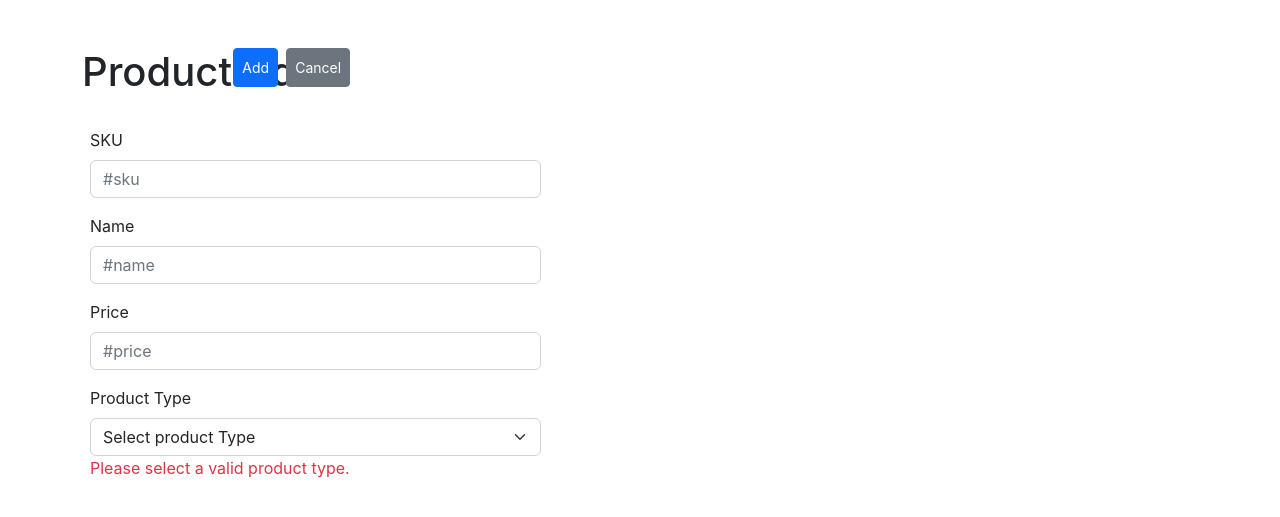
Repository: MagdyAbouelnasr/scandiweb_project
Page: /addproduct
These files come from the project's save history. The page is drawn as it stood at one moment and after the next save; the edit follows.
The browser window is 1280 px wide. The pictures show the whole page.
The project was rebuilt for these pictures with package versions that can differ from the ones it lists, and the page was loaded fresh each time. Also part of the build but not shown: src/App.css, src/components/Product/Product-style.scss, src/components/Product/Product.css, src/components/Pages/ProductList.jsx, src/components/ProductAdd/Book.component.jsx, src/components/ProductAdd/DVD.component.jsx, src/components/ProductAdd/Furniture.component.jsx, src/App.jsx.

Above is the page before, as saved 2023-05-09 01:17:15.

### public/index.html
<!DOCTYPE html>
<html lang="en">
  <head>
    <meta charset="utf-8" />
    <link rel="icon" href="%PUBLIC_URL%/favicon.ico" />
    <meta name="viewport" content="width=device-width, initial-scale=1" />
    <meta name="theme-color" content="#000000" />
    <meta
      name="description"
      content="Web site created using create-react-app"
    />
    <link rel="apple-touch-icon" href="%PUBLIC_URL%/logo192.png" />
    <!--
      manifest.json provides metadata used when your web app is installed on a
      user's mobile device or desktop. See https://developers.google.com/web/fundamentals/web-app-manifest/
    -->
    <link rel="manifest" href="%PUBLIC_URL%/manifest.json" />
    <!--
      Notice the use of %PUBLIC_URL% in the tags above.
      It will be replaced with the URL of the `public` folder during the build.
      Only files inside the `public` folder can be referenced from the HTML.

      Unlike "/favicon.ico" or "favicon.ico", "%PUBLIC_URL%/favicon.ico" will
      work correctly both with client-side routing and a non-root public URL.
      Learn how to configure a non-root public URL by running `npm run build`.
    -->
    <title>React App</title>
    <link
  rel="stylesheet"
  href="https://cdn.jsdelivr.net/npm/bootstrap@5.2.3/dist/css/bootstrap.min.css"
  integrity="sha384-rbsA2VBKQhggwzxH7pPCaAqO46MgnOM80zW1RWuH61DGLwZJEdK2Kadq2F9CUG65"
  crossorigin="anonymous"
/>
  </head>
  <body>
    <noscript>You need to enable JavaScript to run this app.</noscript>
    <div id="root"></div>
    <!--
      This HTML file is a template.
      If you open it directly in the browser, you will see an empty page.

      You can add webfonts, meta tags, or analytics to this file.
      The build step will place the bundled scripts into the <body> tag.

      To begin the development, run `npm start` or `yarn start`.
      To create a production bundle, use `npm run build` or `yarn build`.
    -->
  </body>
</html>

### src/index.js
import React from 'react';
import ReactDOM from 'react-dom/client';
import './index.scss';
import App from './App';
import {
  createBrowserRouter,
  RouterProvider,

} from "react-router-dom";
import ProductAdd from './components/Pages/ProductAdd';


const router = createBrowserRouter([
  {
    path: "/",
    element: <App />,
  },
  {
    path: "addproduct",
    element: <ProductAdd />,
  },
]);

const root = ReactDOM.createRoot(document.getElementById('root'));
root.render(
  <RouterProvider router={router} />
);

### src/index.scss
$background-default: #D5D5D5;


body {
  margin: 0;
  font-family: -apple-system, BlinkMacSystemFont, 'Segoe UI', 'Roboto', 'Oxygen',
    'Ubuntu', 'Cantarell', 'Fira Sans', 'Droid Sans', 'Helvetica Neue',
    sans-serif;
  -webkit-font-smoothing: antialiased;
  -moz-osx-font-smoothing: grayscale;
}

code {
  font-family: source-code-pro, Menlo, Monaco, Consolas, 'Courier New',
    monospace;
}

.fade-in {
  opacity: 0;
  transition: opacity 0.3s ease-in-out;
  &.fade-in-active {
    opacity: 1;
  }
}

### src/components/Pages/ProductAdd.jsx
// import { useNavigate } from 'react-router-dom';
// import { useState } from 'react';
// import Form from 'react-bootstrap/Form';
// import SelectProductType from '../ProductAdd/Selectcmp';
// import Button from 'react-bootstrap/Button';
// import axios from 'axios';

// function ProductAdd() {
//   const navigate = useNavigate();

//   const  [inputs , setInputs] = useState({});

//   const handleChange = (e) => {
//     const name = e.target.name;
//     const value = e.target.value;
//     setInputs(values => ({values, [name]: value}))
//   }
//   const handleSubmit = (e) => {
//     e.preventDefault();
//     axios.post('http://localhost:8000/addproduct', inputs).then((response)=>{
//       console.log(response.data);
//       navigate('/');
//     });

//     // console.log(inputs)
//   }



//   return (
//     <Form id="product_form" onSubmit={handleSubmit}>
//     <div className="container mt-5">
//       <div className="row">
//       <h1 className="page-header text-header col-md-8 text-start ">Product Add</h1>
//       <div className='col-4 float-end'>
//         <Button  type="submit" className='p-2 ms-2' variant="primary" size="sm">
//           Add
//         </Button>
//         <Button onClick={()=> navigate(-1)}  className='p-2 ms-2' variant="secondary" size="sm">
//           Cancel
//         </Button>
//       </div>
//       </div>
//     <br/>
//     <div className="row">

//     <div className="col-md-5 mx-2">
//       <Form.Group className="mb-3 mx-left" id="productInputSKU">
//         <Form.Label>SKU</Form.Label>
//         <Form.Control type="text" name="sku" placeholder="#sku" onChange={handleChange} />
//       </Form.Group>
//       <Form.Group className="mb-3" id="productInputName">
//         <Form.Label>Name</Form.Label>
//         <Form.Control type="text" name="name" placeholder="#name" onChange={handleChange} />
//       </Form.Group>
//       <Form.Group className="mb-3" id="productInputPrice">
//         <Form.Label>Price</Form.Label>
//         <Form.Control type="number" name="price" placeholder="#price" onChange={handleChange} />
//       </Form.Group>
//       <Form.Group className="mb-3" id="ProductType">
//       <Form.Label>Product Type</Form.Label>
//         <SelectProductType/>
//       </Form.Group>
//     </div>
//     </div>
//     </div>
//     </Form>
//   );
// }

// export default ProductAdd;
import { useNavigate } from 'react-router-dom';
import { useState } from 'react';
import Form from 'react-bootstrap/Form';
import SelectProductType from '../ProductAdd/Selectcmp';
import Button from 'react-bootstrap/Button';
import axios from 'axios';

function ProductAdd() {
  const navigate = useNavigate();

  const [inputs, setInputs] = useState({});
  const [errors, setErrors] = useState({});

  const handleChange = (e) => {
    console.log(e.target.value);
    console.log(e.target.name);
    const name = e.target.name;
    const value = e.target.value;

    setInputs((values) => ({ ...values, [name]: value }));
    validate()
    };

    // const handleRecievedData = (e) =>{
    //   const name = e.target.name;
    //   const value = e.target.value;
    //   setInputs((values) => ({ ...values, [name]: value }));
    //   console.log(e.name, e.value);
    // }

  // Form validation function
  const validate = () => {
    let newErrors = {};
    if (!inputs.sku) newErrors.sku = 'SKU is required';
    if (inputs.sku && inputs.sku.length > 9) newErrors.sku = 'SKU must be at most 9 characters';
    if (!inputs.name) newErrors.name = 'Name is required';
    if (inputs.price === undefined || inputs.price === '') newErrors.price = 'Price is required';
    if (inputs.price < 0) newErrors.price = 'Price cannot be negative';
    if (!inputs.product_attribute_value) newErrors.ProductType = 'please select a ProductType and provide a value';
    setErrors(newErrors);
    return Object.keys(newErrors).length === 0;
  };

  const handleSubmit = (e) => {
    e.preventDefault();
    if (validate()) {
      axios.post('http://localhost:8000/addproduct', inputs).then((response) => {
        console.log(response.data);
        navigate('/');
      });
    }
  };

  return (
    <Form id="product_form" onSubmit={handleSubmit}>
      <div className="container  mt-5">
        <div className="row">
          <h1 className="page-header text-header col-md-8 text-start ">Product Add</h1>
          <div className="col-4 float-end position-absolute end-50">
            <Button type="submit" className="p-2 ms-2" variant="primary" size="sm">
              Add
            </Button>
            <Button
              onClick={() => navigate(-1)}
              className="p-2 ms-2"
              variant="secondary"
              size="sm"
            >
              Cancel
            </Button>
          </div>
        </div>
        <br />
        <div className="row">
          <div className="col-md-5 mx-2">
            <Form.Group className="mb-3 mx-left" id="productInputSKU">
              <Form.Label>SKU</Form.Label>
              <Form.Control
                type="text"
                name="sku"
                maxLength="9"
                placeholder="#sku"
                onChange={handleChange}
                required
              />
              {errors.sku && <Form.Text className="text-danger">{errors.sku}</Form.Text>}
            </Form.Group>
            <Form.Group className="mb-3" id="productInputName">
              <Form.Label>Name</Form.Label>
              <Form.Control
                type="text"
                name="name"
                placeholder="#name"
                onChange={handleChange}
                required
              />
              {errors.name && <Form.Text className="text-danger">{errors.name}</Form.Text>}
            </Form.Group>
            <Form.Group className="mb-3" id="productInputPrice">
              <Form.Label>Price</Form.Label>
              <Form.Control
                type="number"
                name="price"
                step="0.01"
                min="0"
                placeholder="#price"
                onChange={handleChange}
                required
              />
              {errors.price && <Form.Text className="text-danger">{errors.price}</Form.Text>}
            </Form.Group>
            <Form.Group className="mb-3" id="ProductType">
              <Form.Label>Product Type</Form.Label>
              <SelectProductType onChange={handleChange}
                required
                name="ProductType"/>
              {errors.ProductType && <Form.Text className="text-danger">{errors.ProductType}</Form.Text>}

            </Form.Group >
          </div>
        </div>
      </div>
    </Form>
  );
}

export default ProductAdd;

### src/components/ProductAdd/Selectcmp.jsx
import React, { useState, useEffect } from "react";
import Form from "react-bootstrap/Form";
import BookComponent from "./Book.component";
import DVDComponent from "./DVD.component";
import FurnitureComponent from "./Furniture.component";

const SelectProductType = (props) => {


  const [type, setType] = useState("selectProductType");
  const [DVDVisible, setDVDVisibility] = useState(false);
  const [bookVisible, setBookVisibility] = useState(false);
  const [FurnitureVisible, setFurnitureVisibility] = useState(false);
  const [isValid, setIsValid] = useState(false);

  const getData = (e) => {
    props.onChange(e);
  };

  useEffect(() => {
    if (["DVD", "Book", "Furniture"].includes(type)) {
      setIsValid(true);
    } else {
      setIsValid(false);
    }
    setDVDVisibility(type === "DVD");
    setBookVisibility(type === "Book");
    setFurnitureVisibility(type === "Furniture");
  }, [type]);

  const handleOnChange = (e) => {
    setType(e.target.value);
    props.onChange(e);
  };

  const [weightData, setWeightData] = useState({});

  const handleWeightChange = (data) => {
    // setWeightData(data);
    // console.log(weightData, 'weight data');
    getData(data);
  };

  return (
    <>
      <Form.Group className="mb-3" id="productInputName">
        <Form.Select
          aria-label="select product type"
          value={type}
          onChange={handleOnChange}
          required
          name="product_type"
        >
          <option value="selectProductType">Select product Type</option>
          <option value="DVD">DVD</option>
          <option value="Book">Book</option>
          <option value="Furniture">Furniture</option>
        </Form.Select>
        {!isValid && (
          <p className="text-danger">
            Please select a valid product type.
          </p>
        )}
        <div>
          {bookVisible && <BookComponent onWeightChange={handleWeightChange} onChange={getData}/>}
          {DVDVisible && <DVDComponent />}
          {FurnitureVisible && <FurnitureComponent />}
        </div>
      </Form.Group>
    </>
  );
};

export default SelectProductType;

### src/components/Product/Product.jsx
import './Product-style.scss';
import './Product.css';
import * as React from 'react';
import Box from '@mui/material/Box';
import Card from '@mui/material/Card';
import CardActions from '@mui/material/CardActions';
import CardContent from '@mui/material/CardContent';
import Typography from '@mui/material/Typography';
import IconButton from '@mui/material/IconButton';
import CropSquareIcon from '@mui/icons-material/CropSquare';
import { useState } from 'react';


const bull = (
  <Box
  component="span"
  sx={{ display: 'inline-block', mx: '2px', transform: 'scale(0.8)' }}
  >
    •
  </Box>
);


const ProductCard = ({ id, sku, name, price, product_attribute, typeValue, selectedProducts }) => {
  const selectedProduct = () => {
    selectedProducts(id)
   }
  return (
    <>
      <CardContent>
        <CardActions>
          <IconButton aria-label="select to delete" className="delete-checkbox" onClick={selectedProduct}>
            <CropSquareIcon />
          </IconButton>
        </CardActions>
        <Typography sx={{ fontSize: 14 }} color="text.secondary" gutterBottom>
          SKU: {sku}
        </Typography>
        {bull}
        <Typography wrap="true" sx={{}} variant="h5" component="div" >
          {name}
        </Typography>
        {bull}
        <Typography sx={{ mb: 1.5 }} color="text.secondary">
          Price: {price}$
        </Typography>
        {bull}
        <Typography variant="body2">
          {product_attribute}: {typeValue} {console.log(product_attribute)}
        </Typography>
      </CardContent>
    </>
  );
};

const Product = ({ product , selectedProducts}) => {

  const selectedProductsDelete = (data) => {
    selectedProducts(data);
  }
// console.log(selectedProducts);
  return (
    <Box sx={{m:2, minWidth: 270, maxWidth: 270 }}>
      <Card variant="outlined">
        <ProductCard selectedProducts={selectedProductsDelete} id={product.id} sku={product.sku} name={product.name} price={product.price} product_attribute={product.product_attribute} typeValue={product.product_attribute_value} />
      </Card>
    </Box>
  );
};

export default Product;

After the next save:
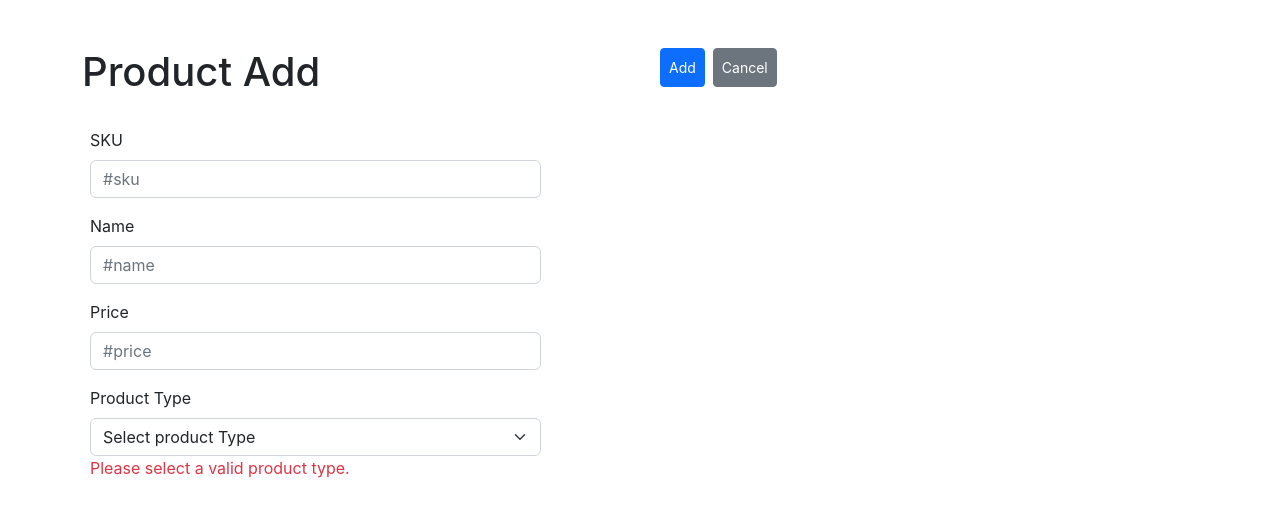
Saved 7 s later.
--- a/src/components/Pages/ProductAdd.jsx
+++ b/src/components/Pages/ProductAdd.jsx
@@ -127,7 +127,7 @@ function ProductAdd() {
       <div className="container  mt-5">
         <div className="row">
           <h1 className="page-header text-header col-md-8 text-start ">Product Add</h1>
-          <div className="col-4 float-end position-absolute end-50">
+          <div className="col-4 float-end position-absolute start-50">
             <Button type="submit" className="p-2 ms-2" variant="primary" size="sm">
               Add
             </Button>
